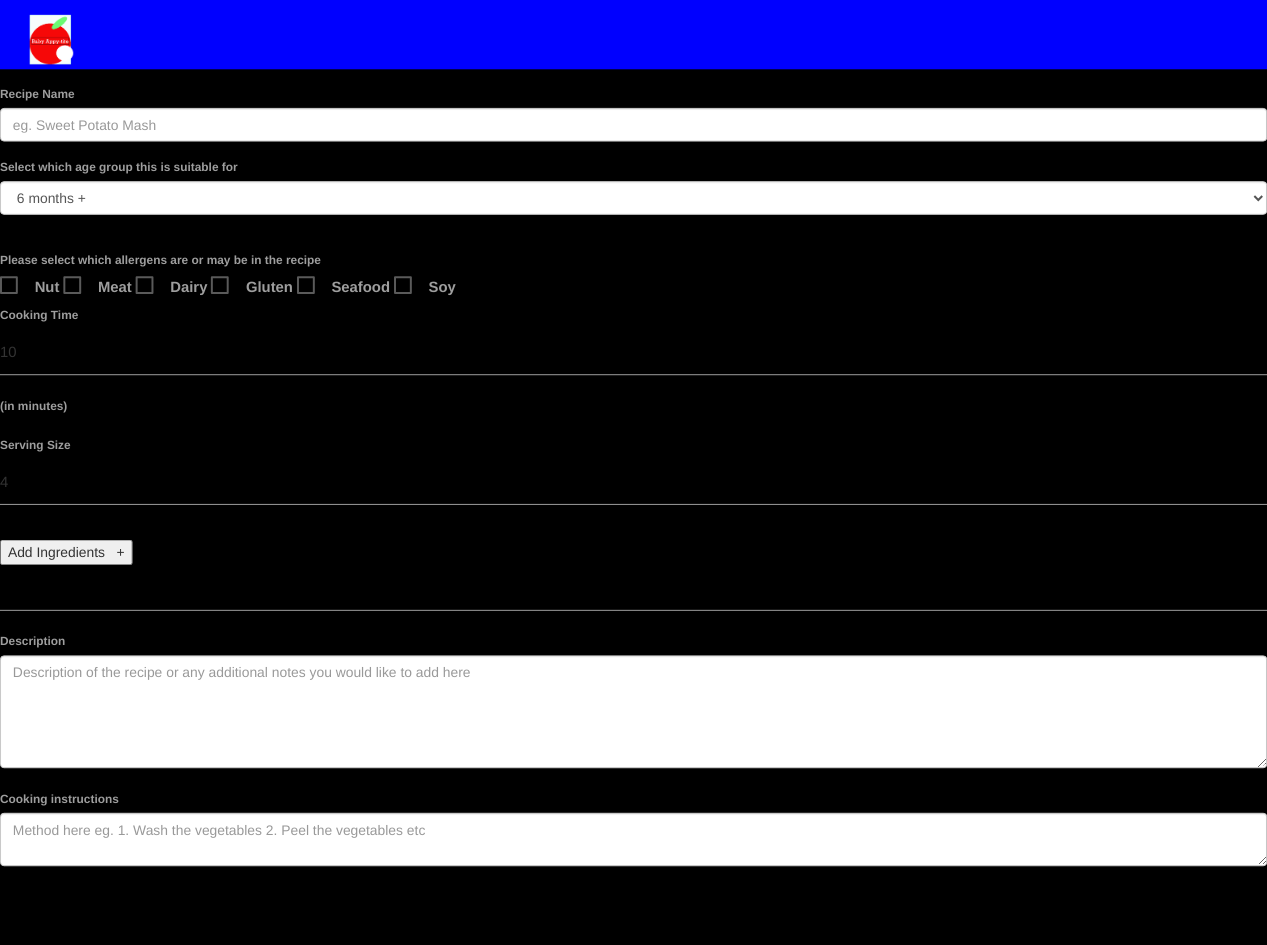
Repository: blueag8/babyappytite
Page: http://localhost/addrecipe
The author's editor kept a record of every edit. The page is drawn from the files as they stood at one moment, then again after the next edit.
The browser window is 1280 px wide. The pictures show the whole page, at 99% of full size.
Some web libraries are served in a nearby version. The page is served by the project's application, run on Flask 3 (app.py).

Above is the page before.

### templates/addrecipe.html
{% extends 'base.html'%}{% block content %}
<form>

<div class="form row">
  <div class="form-group">
    <label for="Recipe Name">Recipe Name</label>
    <input type="name" class="form-control" id="Recipe Name" placeholder="eg. Sweet Potato Mash">
  </div>

  <div class="form-group">
    <label for="category_age">Select which age group this is suitable for</label>
    <select class="form-control" id="category_age">
      <option>6 months +</option>
      <option>7 months +</option>
      <option>10 months +</option>
      <option>12 months +</option>
    </select>
  </div>
  </div>

<div class="form-row">
    <label for="allergens">Please select which allergens are or may be in the recipe</label>
<div class="form-check form-check-inline">
  <input class="form-check-input" type="checkbox" id="inlineCheckbox1" value="Nut">
  <label class="form-check-label" for="inlineCheckbox1">Nut</label>
 <input class="form-check-input" type="checkbox" id="inlineCheckbox2" value="Meat Free">
  <label class="form-check-label" for="inlineCheckbox2">Meat</label>
  <input class="form-check-input" type="checkbox" id="inlineCheckbox3" value="Dairy Free">
  <label class="form-check-label" for="inlineCheckbox3">Dairy</label>
  <input class="form-check-input" type="checkbox" id="inlineCheckbox4" value="Gluten Free">
  <label class="form-check-label" for="inlineCheckbox4">Gluten</label>
  <input class="form-check-input" type="checkbox" id="inlineCheckbox5" value="Seafood Free">
  <label class="form-check-label" for="inlineCheckbox5">Seafood</label>
  <input class="form-check-input" type="checkbox" id="inlineCheckbox6" value="Soy">
  <label class="form-check-label" for="inlineCheckbox6">Soy</label>
</div>
    </div>
  <div class="form-group">
    <label for="cooking_time">Cooking Time</label>
      <input type="number" name="points" min="0" max="100" step="1" value="10">
      <label>(in minutes)</label>
  </div>
  <div class="form-group">
    <label for="Portion_sizes">Serving Size</label>
   <input type="number" name="points" min="0" max="100" step="1" value="4">
  </div>
  <div class="form row">
<div class= "wrapper">
<div class="container1">
    <button class="add_ingredients">Add Ingredients &nbsp;
      <span>+ </span>
    </button>
    <div><input type="text" name="ingredient[]">
</div>
</div>
</div>

  <div class="form-group row">
    <label for="recipe_description">Description</label>
    <div class="row">
    <textarea class="form-control" id="description" rows="5" placeholder="Description of the recipe or any additional notes you would like to add here"></textarea>
 </div>
  <div class="form-group row">
    <label for="Cooking Instructions">Cooking instructions</label>
    <div class="row">
    <textarea class="form-control" id="cooking" placeholder="Method here eg. 1. Wash the vegetables 2. Peel the vegetables etc"></textarea>
 </div>
  </div>

</form>
 {% endblock %}

### templates/base.html
<!DOCTYPE html>
<html lang="en">
<head>
    <meta charset="UTF-8">
    <meta name="viewport" content="width=device-width, initial-scale=1.0">
    <meta http-equiv="X-UA-Compatible" content="ie=edge">

    <title>"Baby Appy-tite | Recipes for 6 months +"</title>

    <link rel="stylesheet" href="https://maxcdn.bootstrapcdn.com/bootstrap/3.3.7/css/bootstrap.min.css" type="text/css">
    <link rel="stylesheet" href="https://stackpath.bootstrapcdn.com/font-awesome/4.7.0/css/font-awesome.min.css" type="text/css">
    <link href="https://fonts.googleapis.com/icon?family=Material+Icons" rel="stylesheet">
    <link rel="stylesheet" href="https://cdnjs.cloudflare.com/ajax/libs/materialize/0.100.2/css/materialize.min.css">
    <link rel="stylesheet" href="{{url_for('static', filename='css/style.css')}}" type="text/css" />
</head>
 <nav class="navbar navbar-default">
        <div class="container-fluid">
            <div class="row">
                <div class="col-xs-12">
                 <a class="navbar-brand" href="{{url_for('home')}}">
                 <img src="/static/img/apple.png">
                </a>

                </ul>
            </div>
       </div>
    </nav>


<body>
    {% block content %}{% endblock %}
    <script src="https://cdnjs.cloudflare.com/ajax/libs/jquery/3.3.1/jquery.min.js"></script>
    <script src="https://cdnjs.cloudflare.com/ajax/libs/jquery/3.2.1/jquery.min.js"></script>
    <script src="https://maxcdn.bootstrapcdn.com/bootstrap/3.3.7/js/bootstrap.min.js" integrity="sha384-Tc5IQib027qvyjSMfHjOMaLkfuWVxZxUPnCJA7l2mCWNIpG9mGCD8wGNIcPD7Txa" crossorigin="anonymous"></script>
    <script src="https://cdnjs.cloudflare.com/ajax/libs/materialize/0.100.2/js/materialize.min.js"></script>
    <script type="text/javascript">
        $(document).ready(function() {
    var max_fields = 10;
    var wrapper = $(".container1");
    var add_button = $(".add_ingredients");

    var x = 1;
    $(add_button).click(function(e) {
        e.preventDefault();
        if (x < max_fields) {
            x++;
            $(wrapper).append('<div><input type="text" name="ingredient[]"/><a href="#" class="delete">Delete</a></div>'); //add input box
        } else {
            alert('You Reached the limits')
        }
    });

    $(wrapper).on("click", ".delete", function(e) {
        e.preventDefault();
        $(this).parent('div').remove();
        x--;
    })
});


    </script>
</body>

</html>

### app.py
import pymongo
import os


from bson.objectid import ObjectId
from flask import Flask, render_template, redirect, request, url_for
from flask_pymongo import PyMongo

#connect to databased
app = Flask(__name__)

app.config['MONGO_DBNAME'] ="Baby_Recipes"
app.config["MONGO_URI"] ="mongodb+srv://blueag8:mongo8@cluster0-iodau.mongodb.net/Baby_Recipes?retryWrites=true&w=majority"

mongo = PyMongo(app)


#home page


@app.route('/')
def home():
    return render_template("index.html")

#add recipe

@app.route('/addrecipe')
def addrecipe():
    return render_template("addrecipe.html")


#get recipes

@app.route('/sixmonth_recipes')
def sixmonth_recipes():
   return render_template("sixmonth_recipes.html", recipes=mongo.db.recipes.find({"category_age":"6 months +"}))

@app.route('/recipe/<recipe_id>')
def recipe(recipe_id):
    return render_template("recipe.html", recipes=mongo.db.recipes.find({"_id": ObjectId(recipe_id)}))

@app.route('/sevenmonth_recipes')
def sevenmonth_recipes():
    return render_template("sevenmonth_recipes.html", recipes=mongo.db.recipes.find({"category_age":"7 months +"}))

@app.route('/tenmonth_recipes')
def tenmonth_recipes():
    return render_template("tenmonth_recipes.html", recipes=mongo.db.recipes.find({"category_age":"10 months +"}))

@app.route('/twelvemonth_recipes')
def twelvemonth_recipes():
    return render_template("twelvemonth_recipes.html",recipes=mongo.db.recipes.find({"category_age":"12 months +"}))



if __name__ == '__main__':
    app.run(host=os.environ.get('IP'),
            port=int(os.environ.get('PORT')),
            debug=True)

### static/css/style.css
body {
    background-color: black;
}
img {
    border: 0;
    height: 200px;
    vertical-align: super;
}
.main {
    padding: 50px;
    margin: 20px;
}
/*---------Navbar----------*/
.navbar {
    position: relative;
    min-height: 50px;
    margin-bottom: 20px;
    border: none;
    background-color: transparent;
}
.navbar-brand img {
    height: 50px;
}

.container-fluid{
    background-color: blue;
}


@media(max-width: 768px) {





}

After the next edit:
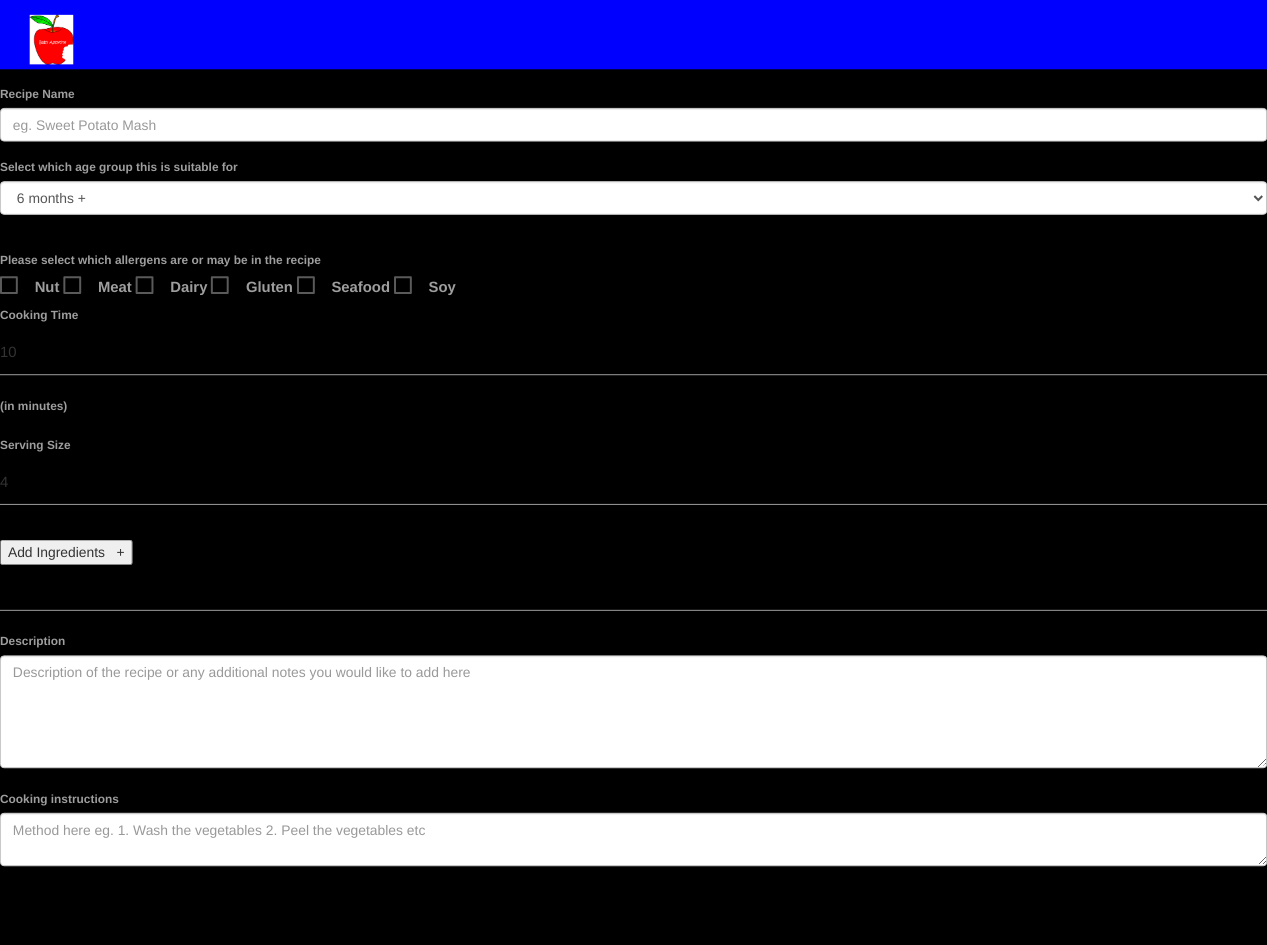
The edit:
--- a/templates/base.html
+++ b/templates/base.html
@@ -18,7 +18,7 @@
             <div class="row">
                 <div class="col-xs-12">
                  <a class="navbar-brand" href="{{url_for('home')}}">
-                 <img src="/static/img/apple.png">
+                 <img src="/static/img/babyappytite.png">
                 </a>
 
                 </ul>
